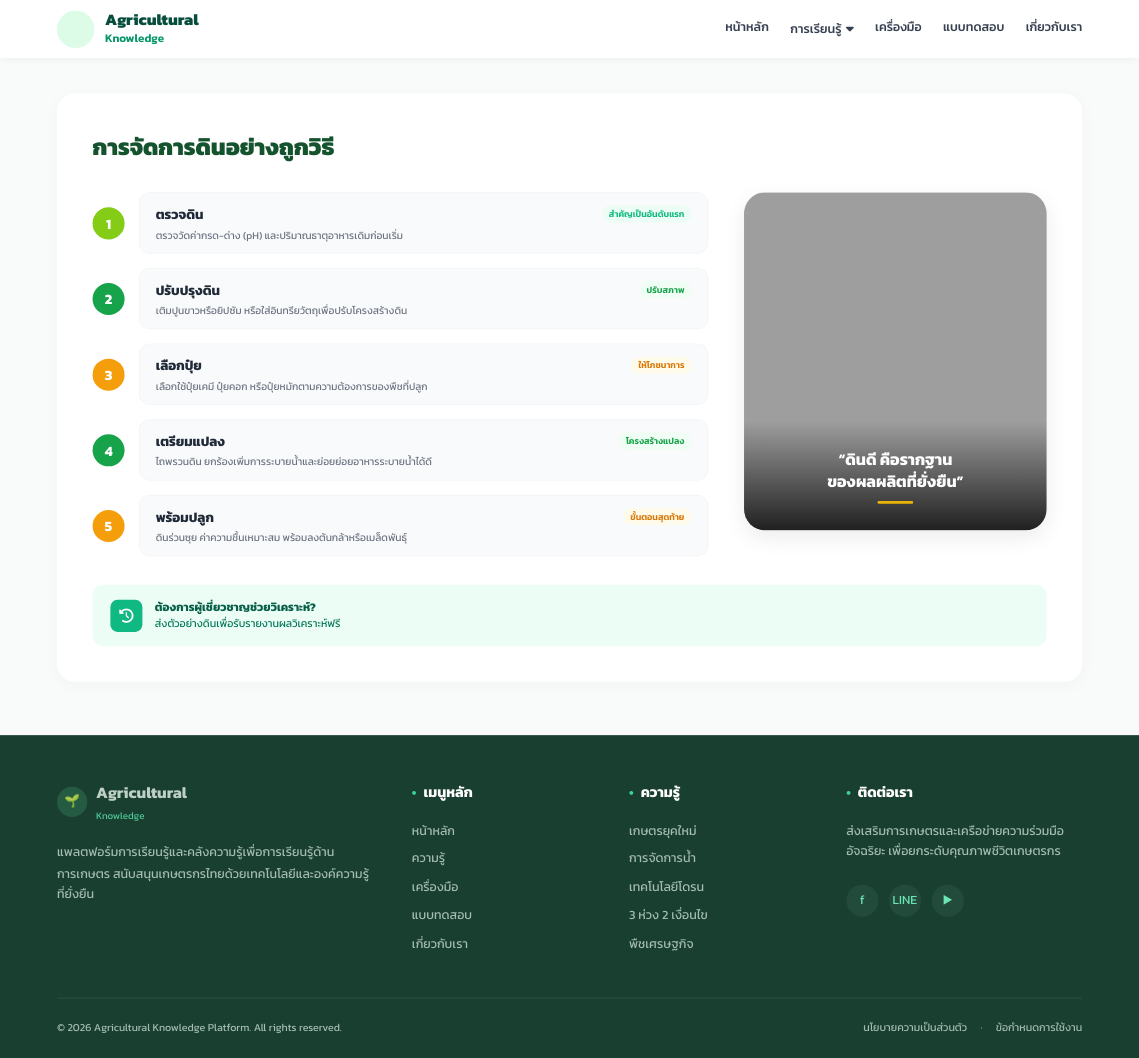
Repository: nuwat-wa/Project-WebdesignAG
Page: ag9.html
These files come from the project's save history. The page is drawn as it stood at one moment and after the next save; the edit follows.
The browser window is 1280 px wide. The pictures show the whole page, at 89% of full size.
Pictures or frames that could not be fetched are drawn as grey boxes.

Above is the page before, as saved 2026-09-30 19:01:14.

### ag9.html
<!DOCTYPE html>
<html lang="th">

<head>
    <meta charset="UTF-8">
    <meta name="viewport" content="width=device-width, initial-scale=1.0">

    <title>การจัดการดินอย่างถูกวิธี - Agricultural Knowledge</title>

    <link rel="stylesheet"
        href="https://fonts.googleapis.com/css2?family=Kanit:wght@300;400;500;600;700;800&display=swap">

    <link rel="stylesheet"
        href="https://cdnjs.cloudflare.com/ajax/libs/font-awesome/6.4.0/css/all.min.css">

    <link rel="stylesheet" href="style/ag9.css">
</head>

<body>

    <header class="header">
      <div class="logo">
        <div class="logo-icon">
          <i class=""></i>
        </div>
        <div class="brand-text">
          <h1 class="title">Agricultural</h1>
          <span class="subtitle">Knowledge</span>
        </div>
      </div>

      <input type="checkbox" id="menu-toggle" class="menu-toggle" />

      <label for="menu-toggle" class="hamburger">
        <span></span>
        <span></span>
        <span></span>
      </label>

      <nav class="nav-links">
        <a href="#">หน้าหลัก</a>

        <div class="dropdown-hover">
          <a href="#" class="dropdown-btn"
            >การเรียนรู้ <i class="fa-solid fa-caret-down"></i
          ></a>

          <div class="menu-level1">
            <!-- มือใหม่ -->
            <div class="menu-item-has-children">
              <a href="#">มือใหม่ <i class="fa-solid fa-caret-right"></i></a>
              <div class="menu-level2">
                <a href="ag4.html">เกษตรสมัยใหม่</a>
                <a href="ag5.html">ปลูกข้าว</a>
                <a href="ag6.html">พืชสวน</a>
                <a href="ag7.html">พืชไร่</a>
                <a href="ag8.html">ปลูกผัก</a>
                <a href="ag9.html">การเตรียมดิน</a>
                <a href="#">การเลือกปุ๋ย</a>
                <a href="#">โรคศัตรูพืช</a>
              </div>
            </div>

            <!-- ผู้มีพื้นฐาน -->
            <div class="menu-item-has-children">
              <a href="#"
                >ผู้มีพื้นฐาน <i class="fa-solid fa-caret-right"></i
              ></a>
              <div class="menu-level2">
                <a href="#">เทคโนโลยีการเกษตร</a>
                <a href="#">การวางแผนการผลิต</a>
                <a href="#">AI / Big Data</a>
                <a href="ag10.html">ระบบน้ำอัจฉริยะ</a>
                <a href="#">การจัดการต้นทุน</a>
              </div>
            </div>

            <a href="ag3.html">หลักการพอเพียง</a>
            <a href="#">เรื่องเล่า</a>
            <a href="#">บทความ</a>

          </div>
        </div>

        <a href="#">เครื่องมือ</a>
        <a href="#">แบบทดสอบ</a>
        <a href="ag2.html">เกี่ยวกับเรา</a>
      </nav>
    </header>


    <!-- main -->
    <main class="main-content">

        <div class="container">

            <div class="content-card">

                <h1 class="main-title">
                    การจัดการดินอย่างถูกวิธี
                </h1>

                <div class="grid-layout">

                    <!-- steps -->
                    <div class="steps-timeline">

                        <div class="step-item">
                            <div class="step-number num-green">1</div>

                            <div class="step-box">
                                <div class="step-header">
                                    <h3 class="step-title">ตรวจดิน</h3>
                                    <span class="step-badge badge-light-green">
                                        สำคัญเป็นอันดับแรก
                                    </span>
                                </div>

                                <p class="step-desc">
                                    ตรวจวัดค่ากรด-ด่าง (pH) และปริมาณธาตุอาหารเดิมก่อนเริ่ม
                                </p>
                            </div>
                        </div>


                        <div class="step-item">
                            <div class="step-number num-dark-green">2</div>

                            <div class="step-box">
                                <div class="step-header">
                                    <h3 class="step-title">ปรับปรุงดิน</h3>
                                    <span class="step-badge badge-green">
                                        ปรับสภาพ
                                    </span>
                                </div>

                                <p class="step-desc">
                                    เติมปูนขาวหรือยิปซัม หรือใส่อินทรียวัตถุเพื่อปรับโครงสร้างดิน
                                </p>
                            </div>
                        </div>


                        <div class="step-item">
                            <div class="step-number num-orange">3</div>

                            <div class="step-box">
                                <div class="step-header">
                                    <h3 class="step-title">เลือกปุ๋ย</h3>
                                    <span class="step-badge badge-orange">
                                        ให้โภชนาการ
                                    </span>
                                </div>

                                <p class="step-desc">
                                    เลือกใช้ปุ๋ยเคมี ปุ๋ยคอก หรือปุ๋ยหมักตามความต้องการของพืชที่ปลูก
                                </p>
                            </div>
                        </div>


                        <div class="step-item">
                            <div class="step-number num-dark-green">4</div>

                            <div class="step-box">
                                <div class="step-header">
                                    <h3 class="step-title">เตรียมแปลง</h3>
                                    <span class="step-badge badge-green">
                                        โครงสร้างแปลง
                                    </span>
                                </div>

                                <p class="step-desc">
                                    ไถพรวนดิน ยกร้องเพิ่มการระบายน้ำและย่อยย่อยอาหารระบายน้ำได้ดี
                                </p>
                            </div>
                        </div>


                        <div class="step-item">
                            <div class="step-number num-orange">5</div>

                            <div class="step-box">
                                <div class="step-header">
                                    <h3 class="step-title">พร้อมปลูก</h3>
                                    <span class="step-badge badge-orange">
                                        ขั้นตอนสุดท้าย
                                    </span>
                                </div>

                                <p class="step-desc">
                                    ดินร่วนซุย ค่าความชื้นเหมาะสม พร้อมลงต้นกล้าหรือเมล็ดพันธุ์
                                </p>
                            </div>
                        </div>

                    </div>


                    <!-- image -->
                    <div class="image-banner">

                        <img src="https://images.unsplash.com/photo-1592417817098-8f3d6eb19655?q=80&w=800&auto=format&fit=crop"
                            alt="การจัดการดิน">

                        <div class="banner-overlay">

                            <p class="banner-quote">
                                “ดินดี คือรากฐาน<br>
                                ของผลผลิตที่ยั่งยืน”
                            </p>

                            <div class="quote-line"></div>

                        </div>

                    </div>

                </div>


                <!-- callout -->
                <div class="callout-banner">

                    <div class="callout-icon">
                        <i class="fa-solid fa-clock-rotate-left"></i>
                    </div>

                    <div class="callout-text">
                        <strong class="callout-title">
                            ต้องการผู้เชี่ยวชาญช่วยวิเคราะห์?
                        </strong>

                        <span class="callout-sub">
                            ส่งตัวอย่างดินเพื่อรับรายงานผลวิเคราะห์ฟรี
                        </span>
                    </div>

                </div>

            </div>

        </div>
    </main>


    <!-- footer -->
    <footer class="site-footer">

        <div class="footer-top">

            <div class="footer-about">

                <div class="footer-logo">
                    <span class="footer-logo-icon">🌱</span>

                    <div>
                        <strong>Agricultural</strong>
                        <small>Knowledge</small>
                    </div>
                </div>

                <p>
                    แพลตฟอร์มการเรียนรู้และคลังความรู้เพื่อการเรียนรู้ด้านการเกษตร
                    สนับสนุนเกษตรกรไทยด้วยเทคโนโลยีและองค์ความรู้ที่ยั่งยืน
                </p>

            </div>


            <div class="footer-column">

                <h3>เมนูหลัก</h3>

                <ul>
                    <li><a href="home.html">หน้าหลัก</a></li>
                    <li><a href="knowledge.html">ความรู้</a></li>
                    <li><a href="tools.html">เครื่องมือ</a></li>
                    <li><a href="quiz.html">แบบทดสอบ</a></li>
                    <li><a href="about.html">เกี่ยวกับเรา</a></li>
                </ul>

            </div>


            <div class="footer-column">

                <h3>ความรู้</h3>

                <ul>
                    <li><a href="modern-farming.html">เกษตรยุคใหม่</a></li>
                    <li><a href="water.html">การจัดการน้ำ</a></li>
                    <li><a href="drone.html">เทคโนโลยีโดรน</a></li>
                    <li><a href="sufficiency.html">3 ห่วง 2 เงื่อนไข</a></li>
                    <li><a href="crops.html">พืชเศรษฐกิจ</a></li>
                </ul>

            </div>


            <div class="footer-contact">

                <h3>ติดต่อเรา</h3>

                <p>
                    ส่งเสริมการเกษตรและเครือข่ายความร่วมมืออัจฉริยะ
                    เพื่อยกระดับคุณภาพชีวิตเกษตรกร
                </p>

                <div class="footer-social">
                    <a href="#" aria-label="Facebook">f</a>
                    <a href="#" aria-label="LINE">LINE</a>
                    <a href="#" aria-label="YouTube">▶</a>
                </div>

            </div>

        </div>


        <div class="footer-bottom">

            <p>
                © 2026 Agricultural Knowledge Platform.
                All rights reserved.
            </p>

            <div class="footer-policy">
                <a href="privacy.html">นโยบายความเป็นส่วนตัว</a>
                <span>·</span>
                <a href="terms.html">ข้อกำหนดการใช้งาน</a>
            </div>

        </div>

    </footer>

</body>
</html>

### style/ag9.css
@import url("https://fonts.googleapis.com/css2?family=Kanit:wght@300;400;500;600;700;800&display=swap");

* {
    margin: 0;
    padding: 0;
    box-sizing: border-box;
    font-family: "Kanit", sans-serif;
}

html {
    scroll-behavior: smooth;
    scrollbar-width: none;
}

html::-webkit-scrollbar {
    display: none;
}

body {
    background: #f8fbf9;
    color: #111827;
    overflow-x: hidden;
}


/* header */

.header {
    position: fixed;
    top: 0;
    left: 0;
    z-index: 1000;
    width: 100%;
    height: 65px;
    padding: 0 5%;
    background: #fff;
    display: flex;
    align-items: center;
    justify-content: space-between;
    box-shadow: 0 2px 10px rgba(0, 0, 0, .05);
}

.logo {
    display: flex;
    align-items: center;
    gap: 12px;
}

.logo-icon {
    width: 42px;
    height: 42px;
    border-radius: 50%;
    background: #dcfce7;
    color: #15803d;
    display: flex;
    align-items: center;
    justify-content: center;
}

.brand-text {
    display: flex;
    flex-direction: column;
}

.title {
    color: #064e3b;
    font-size: 18px;
    font-weight: 800;
    line-height: .95;
}

.subtitle {
    margin-top: 2px;
    color: #059669;
    font-size: 13px;
    font-weight: 600;
}

.nav-links {
    display: flex;
    align-items: center;
}

.nav-links > a,
.dropdown-btn {
    display: inline-flex;
    align-items: center;
    gap: 5px;
    margin-left: 24px;
    padding-bottom: 4px;
    color: #374151;
    text-decoration: none;
    font-size: 14px;
    font-weight: 500;
    transition: .2s;
}

.nav-links > a:hover,
.nav-links > a.active,
.dropdown-btn:hover {
    color: #2d6a4f;
    border-bottom: 2px solid #196738;
}


/* dropdown */

.dropdown-hover {
    position: relative;
}

.menu-level1,
.menu-level2 {
    position: absolute;
    display: none;
    min-width: 190px;
    padding: 0;
    background: #fff;
    border-radius: 8px;
    box-shadow: 0 4px 12px rgba(0, 0, 0, .15);
}

.menu-level1 {
    top: 100%;
    left: 0;
    border-left: 4px solid #2d6a4f;
}

.menu-level2 {
    top: 0;
    left: 100%;
    border-left: 4px solid #28a745;
}

.dropdown-hover:hover > .menu-level1,
.menu-item-has-children:hover > .menu-level2 {
    display: block;
}

.menu-item-has-children {
    position: relative;
}

.menu-level1 a,
.menu-level2 a {
    width: 100%;
    margin: 0;
    padding: 10px 20px;
    display: flex;
    align-items: center;
    justify-content: space-between;
    color: #333;
    text-decoration: none;
    border-radius: 8px;
}

.menu-level1 a:hover,
.menu-level2 a:hover {
    background: #f0f4f8;
    color: #2d6a4f;
}

.menu-toggle,
.hamburger {
    display: none;
}


/* main */

.main-content {
    width: 100%;
    padding: 105px 5% 60px;
}

.container {
    width: 100%;
    margin: 0;
}

.content-card {
    width: 100%;
    padding: 40px;
    background: #fff;
    border-radius: 20px;
    box-shadow: 0 4px 20px rgba(0, 0, 0, .03);
}

.main-title {
    margin-bottom: 32px;
    color: #14532d;
    font-size: 26px;
    font-weight: 800;
}


/* content grid */

.grid-layout {
    display: grid;
    grid-template-columns: minmax(0, 1fr) 340px;
    gap: 40px;
    align-items: start;
}


/* steps */

.steps-timeline {
    display: flex;
    flex-direction: column;
    gap: 16px;
}

.step-item {
    display: flex;
    align-items: center;
    gap: 16px;
}

.step-number {
    width: 36px;
    height: 36px;
    flex-shrink: 0;
    border-radius: 50%;
    color: #fff;
    display: flex;
    align-items: center;
    justify-content: center;
    font-size: 16px;
    font-weight: 700;
}

.num-green {
    background: #84cc16;
}

.num-dark-green {
    background: #16a34a;
}

.num-orange {
    background: #f59e0b;
}

.step-box {
    flex: 1;
    padding: 12px 18px;
    background: #f9fafb;
    border: 1px solid #f3f4f6;
    border-radius: 12px;
}

.step-header {
    display: flex;
    align-items: center;
    justify-content: space-between;
    gap: 10px;
    margin-bottom: 4px;
}

.step-title {
    color: #1f2937;
    font-size: 15px;
    font-weight: 700;
}

.step-badge {
    padding: 2px 8px;
    border-radius: 10px;
    font-size: 10px;
    font-weight: 600;
    white-space: nowrap;
}

.badge-light-green {
    background: #ecfdf5;
    color: #10b981;
}

.badge-green {
    background: #f0fdf4;
    color: #16a34a;
}

.badge-orange {
    background: #fffbeb;
    color: #d97706;
}

.step-desc {
    color: #6b7280;
    font-size: 11.5px;
    line-height: 1.4;
}


/* image */

.image-banner {
    position: relative;
    width: 100%;
    height: 380px;
    overflow: hidden;
    border-radius: 24px;
    box-shadow: 0 8px 24px rgba(0, 0, 0, .08);
}

.image-banner img {
    width: 100%;
    height: 100%;
    display: block;
    object-fit: cover;
}

.banner-overlay {
    position: absolute;
    right: 0;
    bottom: 0;
    left: 0;
    padding: 30px 24px;
    background: linear-gradient(
        to top,
        rgba(0, 0, 0, .8),
        rgba(0, 0, 0, 0)
    );
    display: flex;
    flex-direction: column;
    align-items: center;
    text-align: center;
}

.banner-quote {
    color: #fff;
    font-size: 18px;
    font-weight: 700;
    line-height: 1.4;
}

.quote-line {
    width: 40px;
    height: 3px;
    margin-top: 10px;
    border-radius: 2px;
    background: #eab308;
}


/* callout */

.callout-banner {
    margin-top: 32px;
    padding: 16px 20px;
    display: flex;
    align-items: center;
    gap: 14px;
    background: #ecfdf5;
    border-radius: 12px;
}

.callout-icon {
    width: 36px;
    height: 36px;
    flex-shrink: 0;
    border-radius: 8px;
    background: #10b981;
    color: #fff;
    display: flex;
    align-items: center;
    justify-content: center;
}

.callout-text {
    display: flex;
    flex-direction: column;
}

.callout-title {
    color: #065f46;
    font-size: 13px;
    font-weight: 700;
}

.callout-sub {
    color: #047857;
    font-size: 12px;
}


/* footer */

.site-footer {
    width: 100%;
    padding: 50px 5% 25px;
    background: #193f31;
    color: #a4bdb0;
    font-size: 14px;
    line-height: 1.7;
}

.site-footer a {
    color: #a4bdb0;
    text-decoration: none;
}

.site-footer a:hover {
    color: #65dfb0;
}

.footer-top,
.footer-bottom {
    width: 100%;
    margin: 0;
}

.footer-top {
    display: flex;
    justify-content: space-between;
    gap: 45px;
}

.footer-about {
    flex: 1.6;
}

.footer-column {
    flex: .9;
}

.footer-contact {
    flex: 1.2;
}

.footer-logo {
    display: flex;
    align-items: center;
    gap: 10px;
    margin-bottom: 20px;
}

.footer-logo-icon {
    width: 34px;
    height: 34px;
    border-radius: 50%;
    background: #245b42;
    display: flex;
    align-items: center;
    justify-content: center;
}

.footer-logo strong {
    display: block;
    color: #bdd0c5;
    font-size: 18px;
}

.footer-logo small {
    display: block;
    color: #50c998;
    font-size: 11px;
}

.site-footer h3 {
    margin-bottom: 18px;
    color: #fff;
    font-size: 16px;
}

.site-footer h3::before {
    content: "•";
    margin-right: 8px;
    color: #3bd4a0;
}

.site-footer ul {
    padding: 0;
    list-style: none;
}

.site-footer li {
    margin-bottom: 8px;
}

.footer-social {
    display: flex;
    gap: 12px;
    margin-top: 25px;
}

.footer-social a {
    width: 36px;
    height: 36px;
    border-radius: 50%;
    background: #224b3b;
    color: #6ce4b6 !important;
    display: flex;
    align-items: center;
    justify-content: center;
}

.footer-bottom {
    display: flex;
    align-items: center;
    justify-content: space-between;
    gap: 20px;
    margin-top: 40px;
    padding-top: 22px;
    border-top: 1px solid #2b5140;
    font-size: 12px;
}

.footer-policy {
    display: flex;
    gap: 15px;
}


/* tablet */

@media (max-width: 992px) {

    .hamburger {
        width: 30px;
        height: 24px;
        display: flex;
        flex-direction: column;
        justify-content: space-between;
        cursor: pointer;
    }

    .hamburger span {
        width: 100%;
        height: 3px;
        border-radius: 3px;
        background: #194028;
    }

    .nav-links {
        position: absolute;
        top: 65px;
        left: 0;
        width: 100%;
        padding: 15px 5%;
        background: #fff;
        display: none;
        flex-direction: column;
        align-items: stretch;
        box-shadow: 0 5px 10px rgba(0, 0, 0, .08);
    }

    .menu-toggle:checked ~ .nav-links {
        display: flex;
    }

    .nav-links > a,
    .dropdown-btn {
        width: 100%;
        margin: 0;
        padding: 12px 5px;
    }

    .dropdown-hover {
        width: 100%;
    }

    .menu-level1,
    .menu-level2 {
        position: static;
        width: 100%;
        box-shadow: none;
        border-radius: 0;
    }

    .dropdown-hover:hover > .menu-level1 {
        display: block;
    }

    .grid-layout {
        grid-template-columns: 1fr;
    }

    .image-banner {
        height: 350px;
    }

    .footer-top {
        flex-wrap: wrap;
    }

    .footer-about,
    .footer-column,
    .footer-contact {
        flex: 1 1 45%;
    }
}


/* mobile */

@media (max-width: 768px) {

    .main-content {
        padding: 90px 5% 45px;
    }

    .content-card {
        padding: 24px;
    }

    .main-title {
        font-size: 24px;
        margin-bottom: 24px;
    }

    .step-header {
        align-items: flex-start;
        flex-direction: column;
    }

    .image-banner {
        height: 300px;
    }

    .footer-bottom {
        flex-direction: column;
        align-items: flex-start;
    }

    .footer-policy {
        flex-wrap: wrap;
    }
}


/* small mobile */

@media (max-width: 480px) {

    .content-card {
        padding: 18px;
    }

    .main-title {
        font-size: 22px;
    }

    .step-item {
        align-items: flex-start;
    }

    .step-box {
        padding: 12px;
    }

    .image-banner {
        height: 230px;
    }

    .footer-top {
        flex-direction: column;
    }

    .footer-about,
    .footer-column,
    .footer-contact {
        flex: 1 1 100%;
    }
}

After the next save:
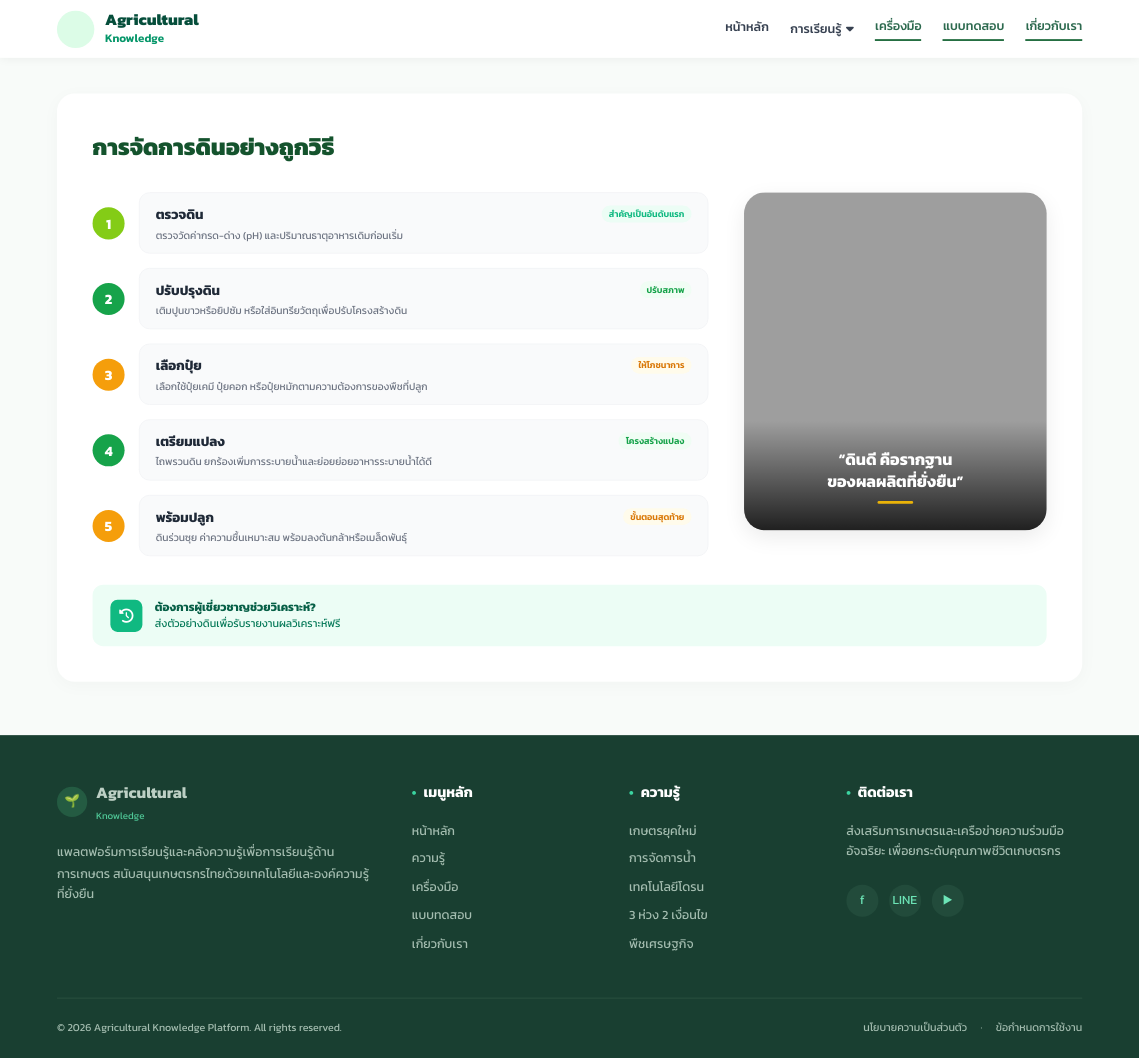
Saved 9 s later.
--- a/ag9.html
+++ b/ag9.html
@@ -18,7 +18,7 @@
 
 <body>
 
-    <header class="header">
+   <header class="header">
       <div class="logo">
         <div class="logo-icon">
           <i class=""></i>
@@ -41,7 +41,7 @@
         <a href="#">หน้าหลัก</a>
 
         <div class="dropdown-hover">
-          <a href="#" class="dropdown-btn"
+          <a href="#" class="dropdown-btn active"
             >การเรียนรู้ <i class="fa-solid fa-caret-down"></i
           ></a>
 
@@ -82,9 +82,9 @@
           </div>
         </div>
 
-        <a href="#">เครื่องมือ</a>
-        <a href="#">แบบทดสอบ</a>
-        <a href="ag2.html">เกี่ยวกับเรา</a>
+        <a href="#" class="active">เครื่องมือ</a>
+        <a href="#" class="active">แบบทดสอบ</a>
+        <a href="ag2.html" class="active">เกี่ยวกับเรา</a>
       </nav>
     </header>
 
